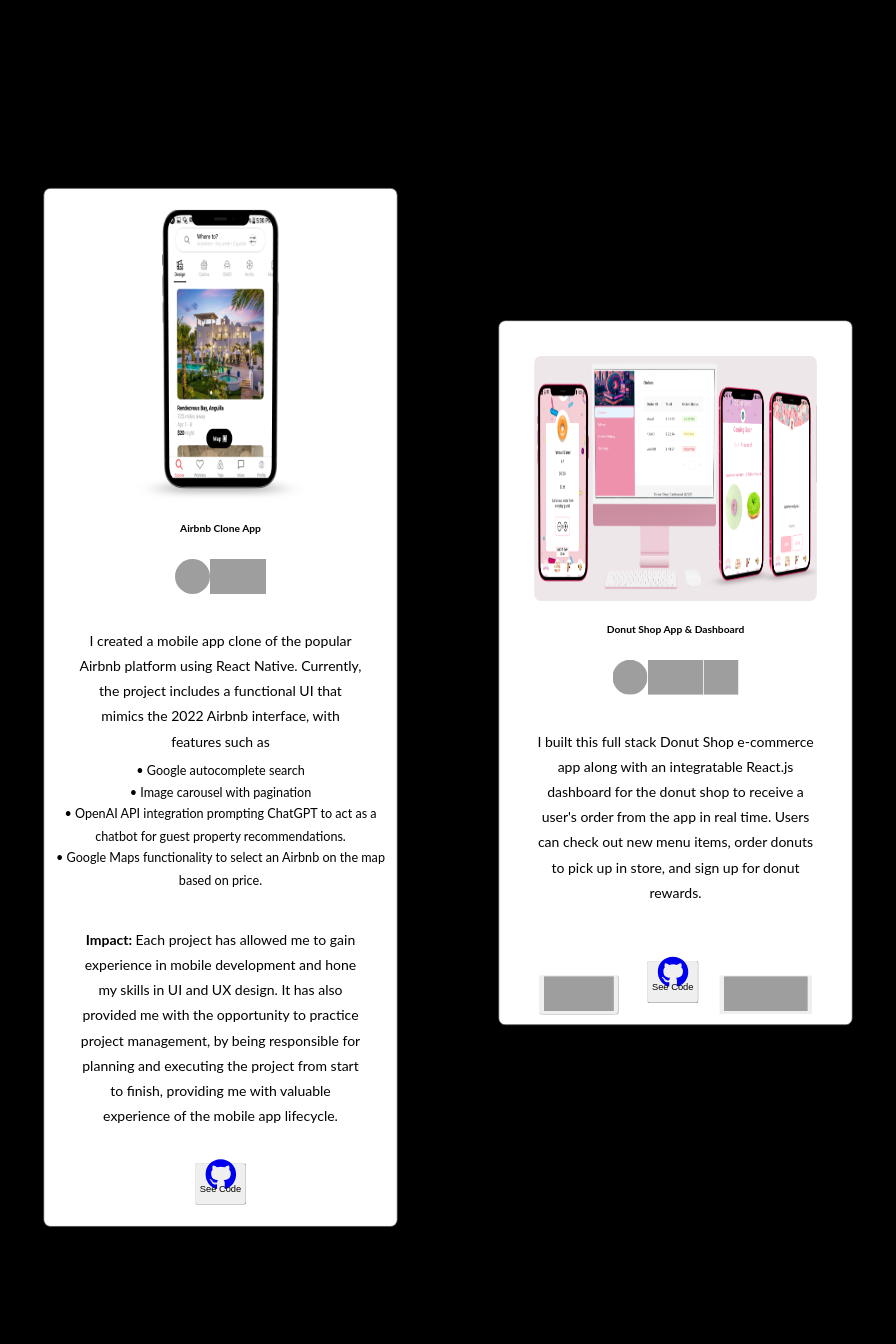
Repository: JamesPesenti/portfolio
Page: /
These files come from the project's save history. The page is drawn as it stood at one moment and after the next save; the edit follows.
The browser window is 1280 px wide. The pictures show the part of the page from y = 1472 to 3392 px (the page is 6929 px tall), at 70% of full size.
Pictures or frames that could not be fetched are drawn as grey boxes. The project was rebuilt for these pictures with package versions that can differ from the ones it lists, and the page was loaded fresh each time. Imported but missing from the stored project, and not drawn on this page: src/Components/James Pesenti Resume 2023.pdf.

Above is the page before, as saved 2023-08-28 14:46:21.

After the next save:
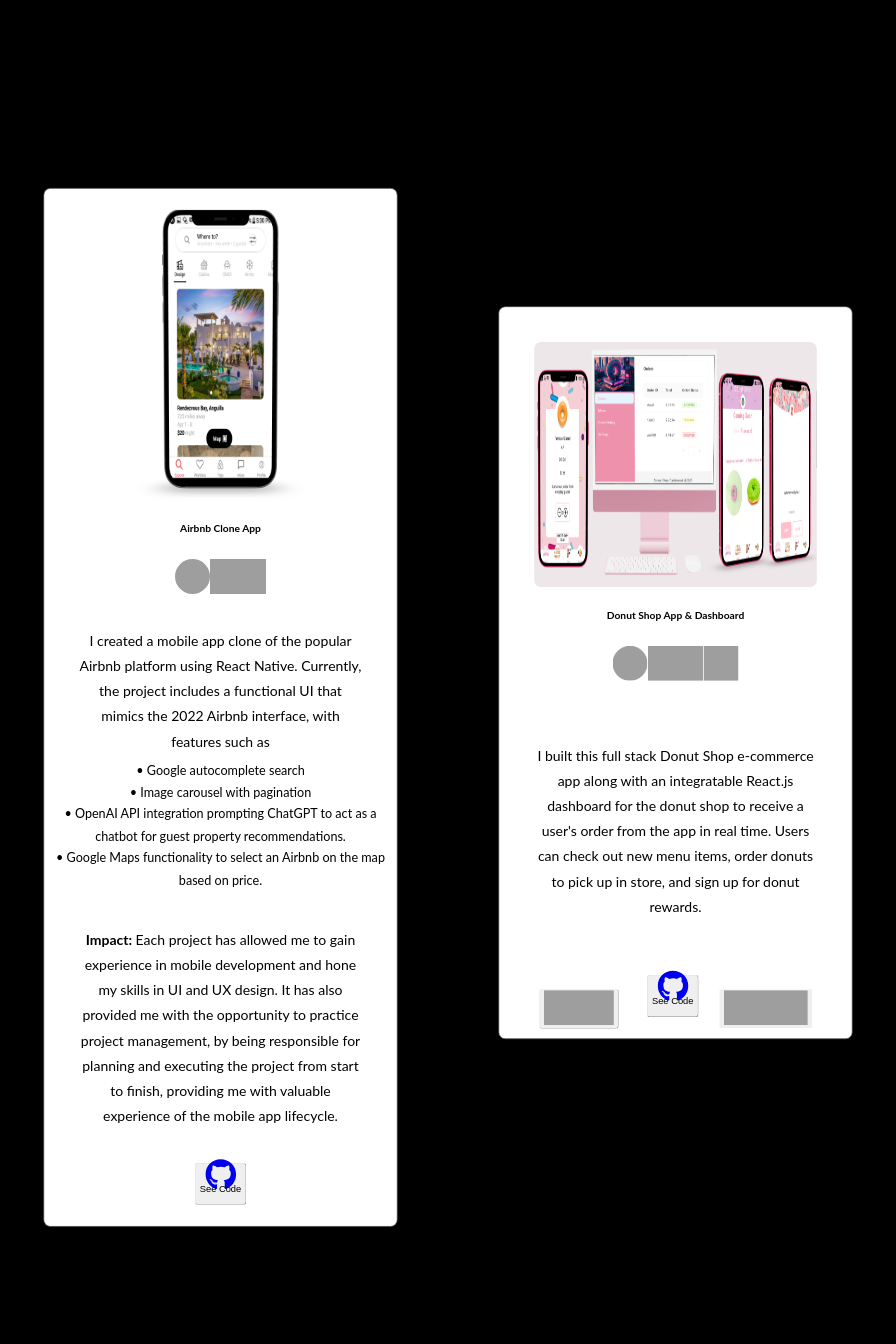
Saved 43 s later.
--- a/src/Components/MyProjects.jsx
+++ b/src/Components/MyProjects.jsx
@@ -54,7 +54,7 @@
                 <img style={{ borderRadius: 10, marginTop: 50, width: "80%", height: 350, transition: ".7s", }} src="/images/appAndDashMock.png" />
             </div>
             <h4 style={{textAlign: 'center'}}>Donut Shop App & Dashboard</h4>
-                <div style={{padding: 10, borderRadius: 10, marginBottom: -40,}}>
+                <div style={{padding: 10, borderRadius: 10, marginBottom: 0,}}>
                   <img style={{width: 50, height: 50, borderRadius: 50}} src="https://i.pinimg.com/originals/8a/02/1a/8a021aa097236b42dd71fb731e3d894d.gif"/>
                   <img style={{width: 80, height: 50, }} src="https://www.datocms-assets.com/45470/1631026680-logo-react-native.png"  />
                   <img style={{width: 50, height: 50, }} src="https://pbs.twimg.com/profile_images/1114309924551417856/FKA4cm2x_400x400.png"  />

After the save that followed:
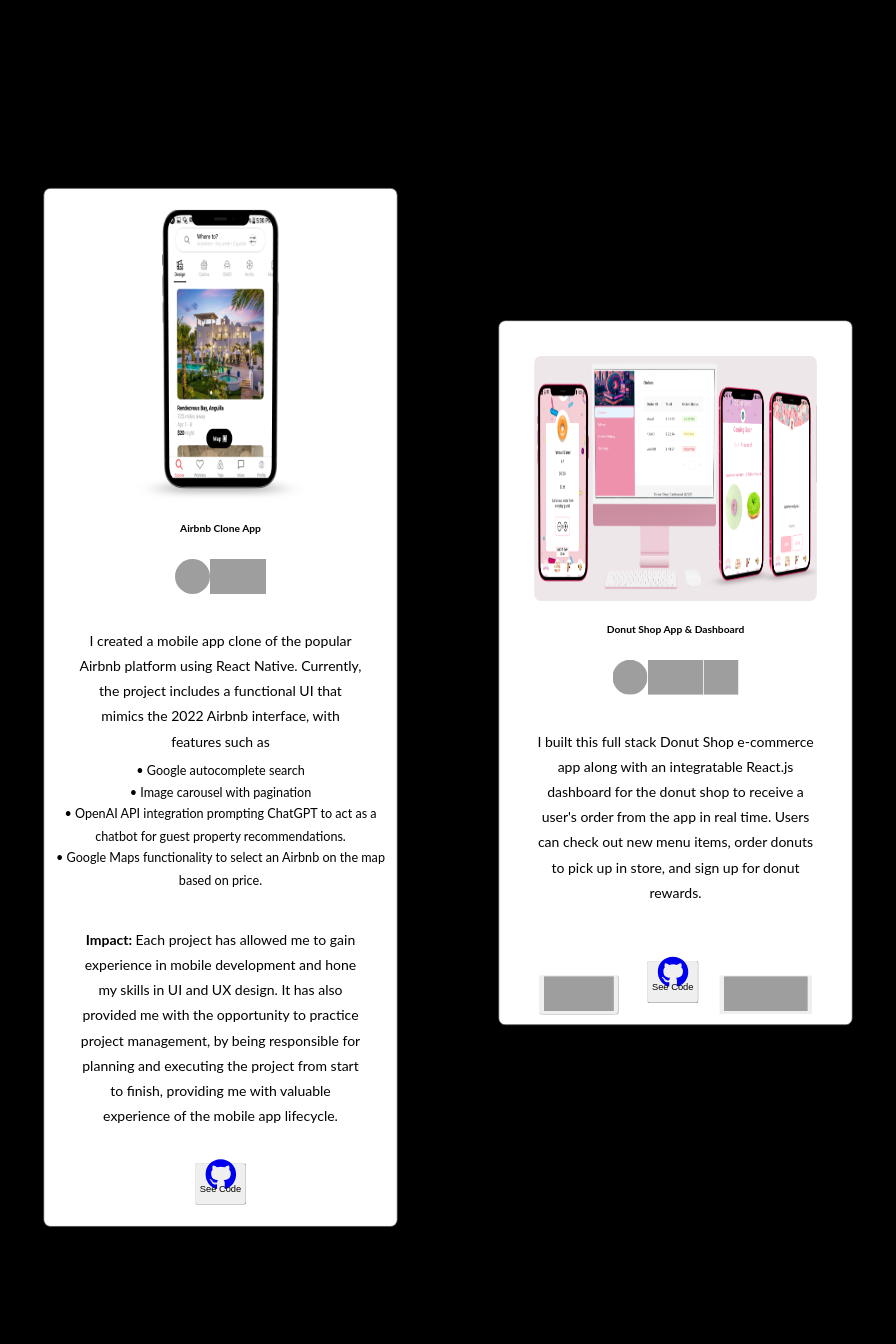
Saved 14 s later.
--- a/src/Components/MyProjects.jsx
+++ b/src/Components/MyProjects.jsx
@@ -54,7 +54,7 @@
                 <img style={{ borderRadius: 10, marginTop: 50, width: "80%", height: 350, transition: ".7s", }} src="/images/appAndDashMock.png" />
             </div>
             <h4 style={{textAlign: 'center'}}>Donut Shop App & Dashboard</h4>
-                <div style={{padding: 10, borderRadius: 10, marginBottom: 0,}}>
+                <div style={{padding: 10, borderRadius: 10, marginBottom: -40,}}>
                   <img style={{width: 50, height: 50, borderRadius: 50}} src="https://i.pinimg.com/originals/8a/02/1a/8a021aa097236b42dd71fb731e3d894d.gif"/>
                   <img style={{width: 80, height: 50, }} src="https://www.datocms-assets.com/45470/1631026680-logo-react-native.png"  />
                   <img style={{width: 50, height: 50, }} src="https://pbs.twimg.com/profile_images/1114309924551417856/FKA4cm2x_400x400.png"  />
